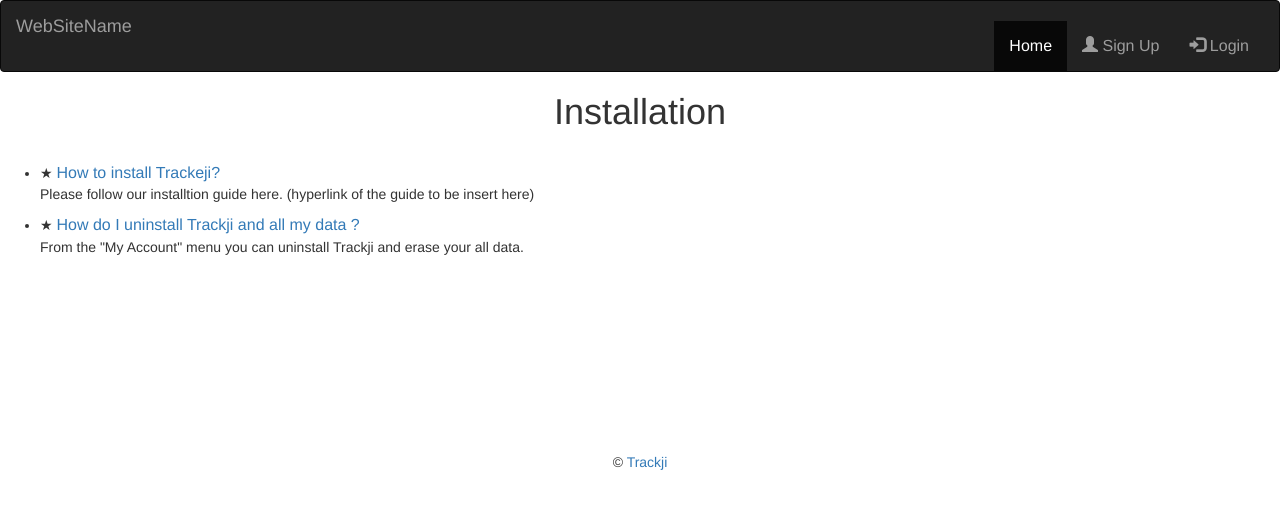
Repository: prathmeshgodbole/Web_Development
Page: Mobile_tracker/Installation.html
These files come from the project's save history. The page is drawn as it stood at one moment and after the next save; the edit follows.
The browser window is 1280 px wide. The pictures show the whole page.

Above is the page before, as saved 2020-03-08 18:02:52.

### Mobile_tracker/Installation.html
<!DOCTYPE html>
<html lang="en">



<head>
    <title>Bootstrap Example</title>
    <meta charset="utf-8">
    <meta name="viewport" content="width=device-width, initial-scale=1">
    <link rel="stylesheet" href="https://maxcdn.bootstrapcdn.com/bootstrap/3.4.1/css/bootstrap.min.css">
    <link rel="stylesheet" href="./css/installation.css">
    <script src="https://ajax.googleapis.com/ajax/libs/jquery/3.4.1/jquery.min.js"></script>
    <script src="https://maxcdn.bootstrapcdn.com/bootstrap/3.4.1/js/bootstrap.min.js"></script>
</head>

<body>

    <nav class="navbar navbar-inverse">
        <div class="container-fluid">
            <div class="navbar-header">
                <button type="button" class="navbar-toggle" data-toggle="collapse" data-target="#myNavbar">
        <span class="icon-bar"></span>
        <span class="icon-bar"></span>
        <span class="icon-bar"></span>
      </button>
                <a class="navbar-brand" href="#">WebSiteName</a>
            </div>
            <div class="collapse navbar-collapse" id="myNavbar">

                <ul class="nav navbar-nav navbar-right">
                    <li class="active"><a href="#">Home</a></li>
                    <li><a href="#"><span class="glyphicon glyphicon-user"></span> Sign Up</a></li>
                    <li><a href="#"><span class="glyphicon glyphicon-log-in"></span> Login</a></li>
                </ul>
            </div>
        </div>
    </nav>




    <div class="section-header">
        <h1 class="section-title">Installation</h1>




        <ul class="article-list">

            <li class="article-promoted">
                <span data-title="Promoted article">★</span>
                <a href="">How to install Trackeji?</a>
                <p>Please follow our installtion guide here. (hyperlink of the guide to be insert here)</p>
            </li>

            <li class="article-promoted">
                <span data-title="Promoted article">★</span>
                <a href="">How do I uninstall Trackji and all my data ?</a>
                <p>From the "My Account" menu you can uninstall Trackji and erase your all data.</p>
            </li>

        </ul>
    </div>
    <!--/.container-->
    <footer class="footer container">
        <div class="container-inner">
            <p class="copyright">&copy; <a href=>Trackji</a></p>
        </div>
    </footer>



</body>

</html>

### Mobile_tracker/css/installation.css
*body {
    margin: 0%;
    padding: 0%;
}

.section-header {
    height: 50vh;
}

.section-header h1 {
    text-align: center;
}

ul {
    margin-top: 30px;
}

ul li a {
    margin-top: 20px;
    font-size: medium;
}

ul li a p {
    margin-top: 10px;
}

.footer {
    text-align: center;
}

After the next save:
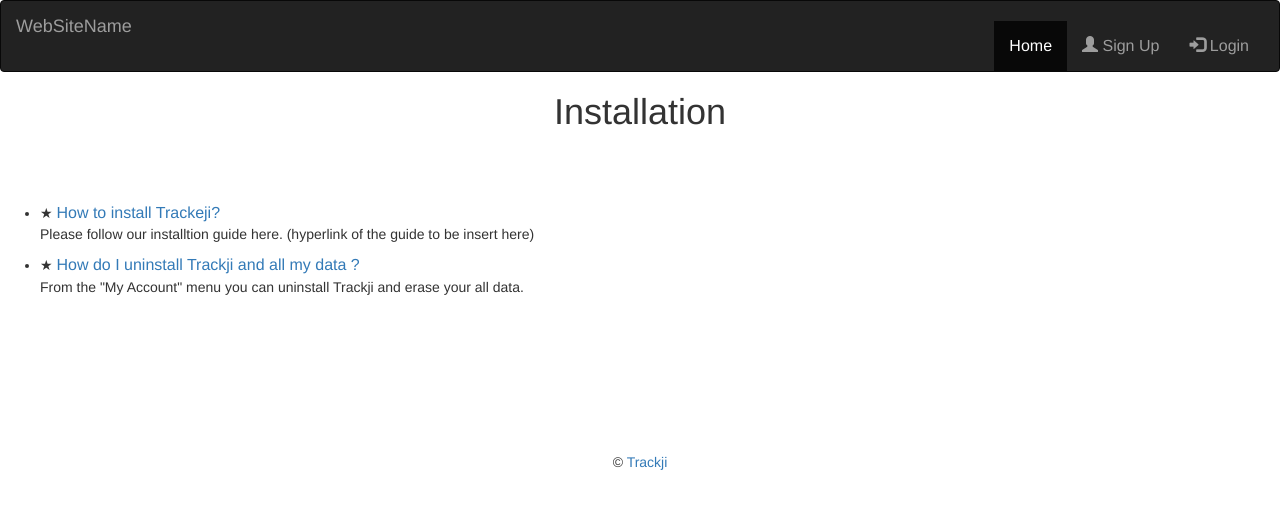
Saved 13 s later.
--- a/Mobile_tracker/css/installation.css
+++ b/Mobile_tracker/css/installation.css
@@ -12,7 +12,7 @@
 }
 
 ul {
-    margin-top: 30px;
+    margin-top: 70px;
 }
 
 ul li a {
